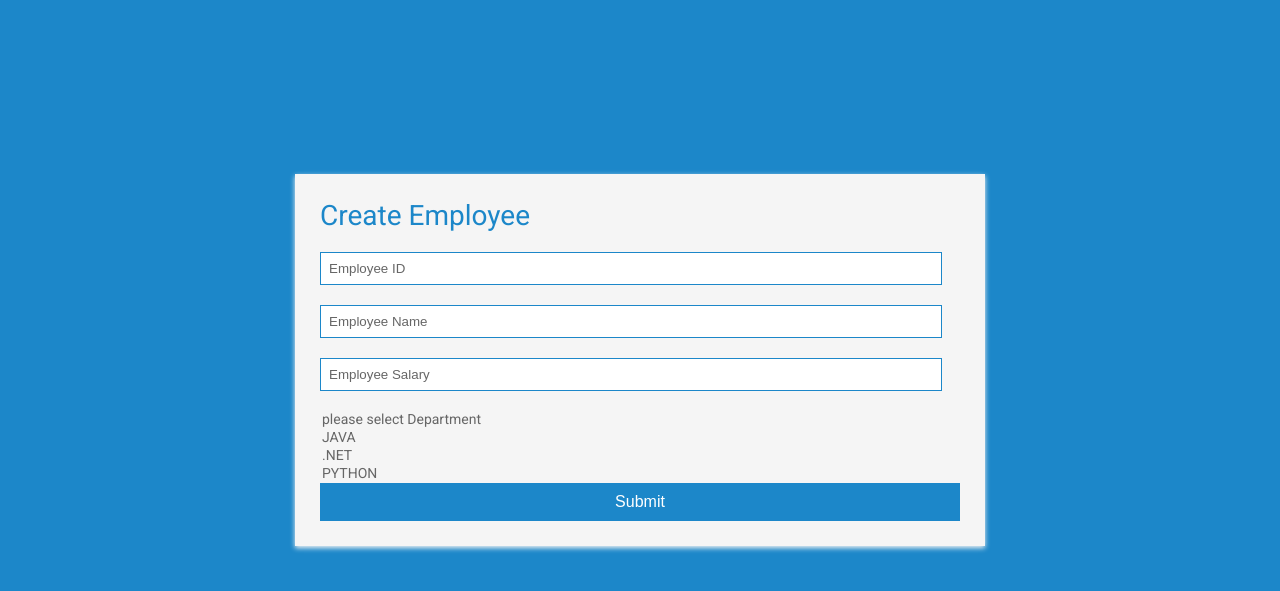
Repository: Meghanareddy1098/employee1
Page: http://localhost/employee-webApp/
The author's editor kept a copy of each file at every save. The page is drawn from the files as they stood at one save, then again after the next save.
The browser window is 1280 px wide. The pictures show the whole page.
Some web libraries are served in a nearby version. The page is served by Tomcat 10.

Above is the page before, as saved 2022-05-29 10:33:19.

After the next save:
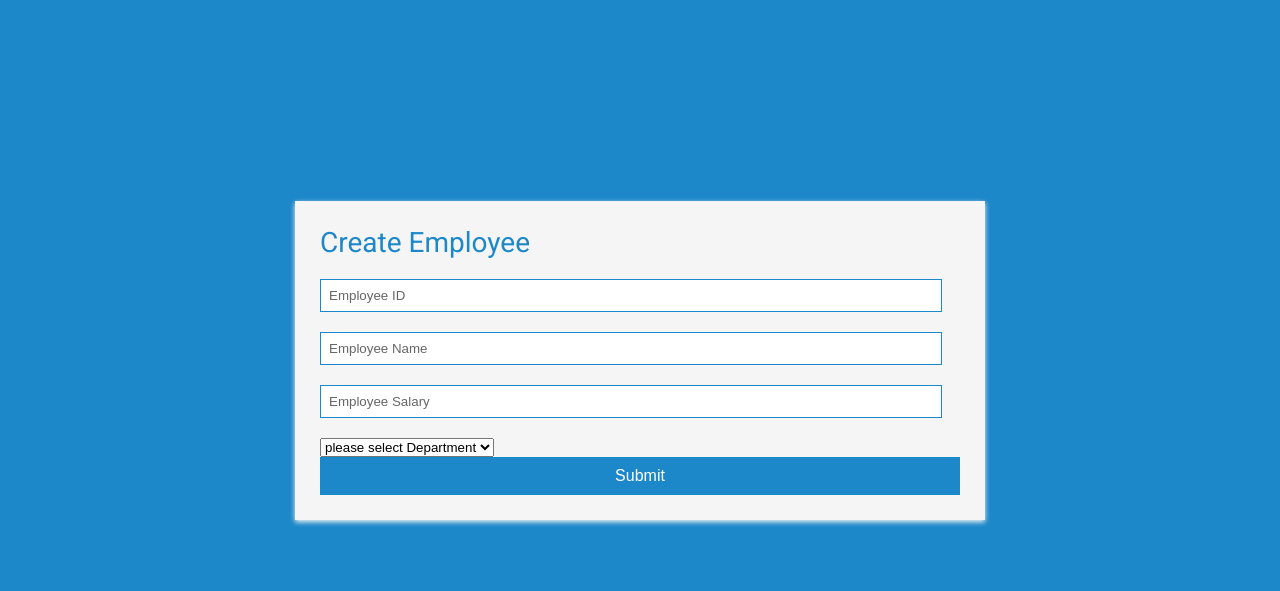
Saved 66 s later.
--- a/employee-webApp/src/main/webapp/index.jsp
+++ b/employee-webApp/src/main/webapp/index.jsp
@@ -99,12 +99,12 @@
           <input class="fname" type="text" name="empId" placeholder="Employee ID">
           <input type="text" name="empName" placeholder="Employee Name">
           <input type="number" name="empSal" placeholder="Employee Salary">
-          <selection name = "empDept">
+          <select name = "empDept">
           <Option>please select Department</Option>
           <Option>JAVA</Option>
           <Option>.NET</Option>
           <Option>PYTHON</Option>
-          </section>
+          </select>
 
         </div>
 
